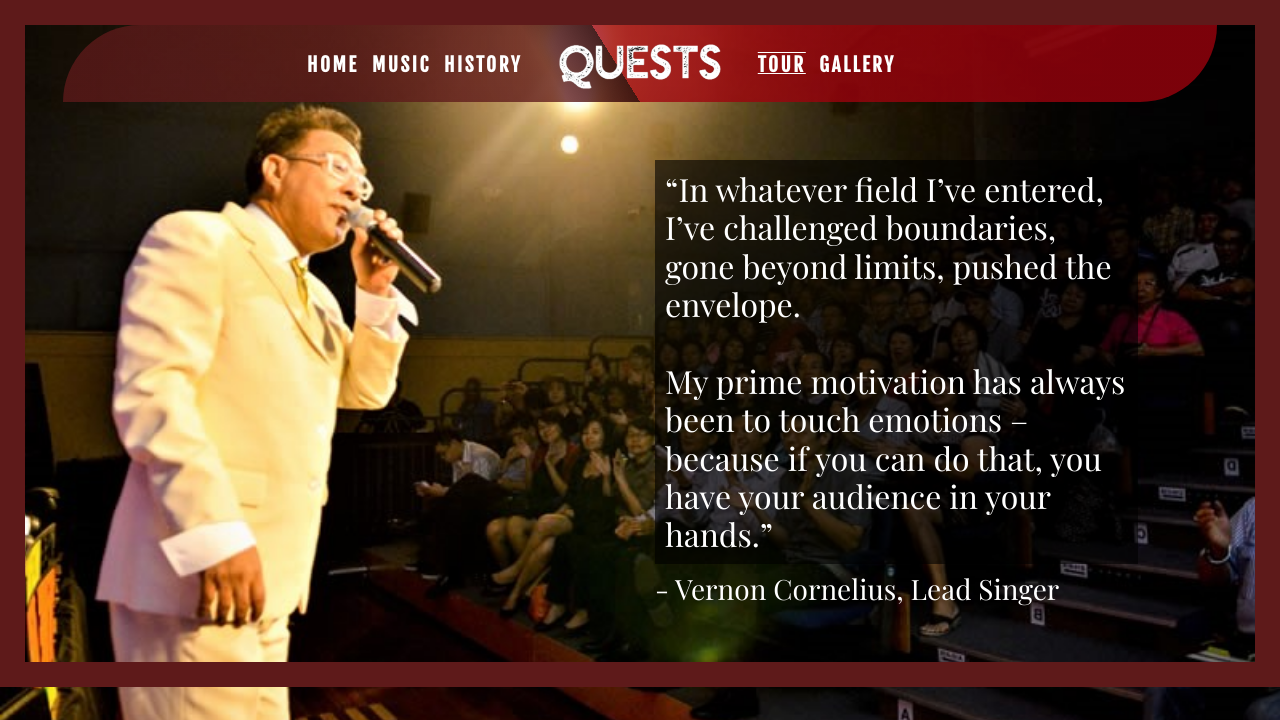
Repository: SamLookingGlass/User-Centric-Frontend-Development-Project
Page: tour.html
The author's editor kept a record of every edit. The page is drawn from the files as they stood at one moment, then again after the next edit.
The browser window is 1280 px wide. The pictures show the whole page.
Some web libraries are served in a nearby version.

Above is the page before.

### tour.html
<!doctype html>
<html lang="en">

<head>
    <!-- Required meta tags -->
    <meta charset="utf-8">
    <meta name="viewport" content="width=device-width, initial-scale=1, shrink-to-fit=no">

    <!-- Bootstrap CSS -->
    <link rel="stylesheet" href="https://maxcdn.bootstrapcdn.com/bootstrap/4.0.0/css/bootstrap.min.css" integrity="sha384-Gn5384xqQ1aoWXA+058RXPxPg6fy4IWvTNh0E263XmFcJlSAwiGgFAW/dAiS6JXm" crossorigin="anonymous">
    <link href="style.css" rel="stylesheet" type="text/css" />
    <link href="https://fonts.googleapis.com/css?family=Fjalla+One&display=swap" rel="stylesheet">
    <link href="https://fonts.googleapis.com/css?family=Amatic+SC&display=swap" rel="stylesheet">
    <link href="https://fonts.googleapis.com/css?family=Playfair+Display&display=swap" rel="stylesheet">
    <link rel="stylesheet" href="https://cdnjs.cloudflare.com/ajax/libs/font-awesome/4.7.0/css/font-awesome.min.css">
    <title>The Quests Official - Tour</title>
</head>

<body id="borderhome" class="tour-background">
    <!--<div class="container-fluid" style="height:2vw"></div>-->
    <nav class="fontnew" id="navbg">
        <div class="container-fluid">
            <div class="row d-lg-flex">
                <div class="col-5 navnew navleft d-flex justify-content-end">
                    <ul class="d-flex">
                        <li><a href="home.html">HOME</a></li>
                        <li><a href="music.html">MUSIC</a></li>
                        <li><a href="history.html">HISTORY</a></li>
                    </ul>
                </div>
                <div class="col-2 d-lg-flex justify-content-center">
                    <a class="" href="home.html">
                     <img id="navlogo" class="img-fluid" src="images/logo.png" alt="logo">
                </a>
                </div>
                <div class="col-5 navnew navright d-lg-flex justify-content-start">
                    <ul class="d-flex">
                        <li id="active"><a href="tour.html">TOUR</a></li>
                        <li><a href="gallery.html">GALLERY</a></li>
                    </ul>
                </div>
            </div>
        </div>
    </nav>
    <main>
        <div id="imagebg">
        </div>
    </main>
    <section>
        <div style="height:420pt" class="container-fluid">
            <div class="row">
                <div class="col-1"></div>
                <div class="col-5"></div>
                <div class="col-5 fonttypo">
                    <div>
                    <h2 class="cardbod cardbod-tour">
                        “In whatever field I’ve entered, I’ve challenged boundaries, gone beyond limits, pushed the envelope.
                        <br>
                        <br> My prime motivation has always been to touch emotions – because if you can do that, you have your audience in your hands.”
                        <br>
                    </h2>
                    <h3>
                         - Vernon Cornelius, Lead Singer
                    </h3>
                </div>
                <div class="col-1"></div>
            </div>
        </div>
    </section>
    <!-- Optional JavaScript -->
    <!-- jQuery first, then Popper.js, then Bootstrap JS -->
    <script src="https://code.jquery.com/jquery-3.2.1.slim.min.js" integrity="sha384-KJ3o2DKtIkvYIK3UENzmM7KCkRr/rE9/Qpg6aAZGJwFDMVNA/GpGFF93hXpG5KkN" crossorigin="anonymous"></script>
    <script src="https://cdnjs.cloudflare.com/ajax/libs/popper.js/1.12.9/umd/popper.min.js" integrity="sha384-ApNbgh9B+Y1QKtv3Rn7W3mgPxhU9K/ScQsAP7hUibX39j7fakFPskvXusvfa0b4Q" crossorigin="anonymous"></script>
    <script src="https://maxcdn.bootstrapcdn.com/bootstrap/4.0.0/js/bootstrap.min.js" integrity="sha384-JZR6Spejh4U02d8jOt6vLEHfe/JQGiRRSQQxSfFWpi1MquVdAyjUar5+76PVCmYl" crossorigin="anonymous"></script>
</body>

</html>

### style.css
/*Sanity Checks*/
.blue {
    background-color:blue;

}
.bod {
    border:solid 1px black;
}

.shadow-black {
    text-shadow: 2px 2px black;
}

.shadow-grey {
    text-shadow: 2px 1px grey;
}

/*Home Styling*/
.cardbod {
    margin-top:4.5vw;
    padding:0.5vw;
    /*align-items: center;*/
    display: flex;
    flex-direction: column;
}

/*Arrow Test https://codepen.io/raf187/pen/BvgGRQ*/
.red {
    margin-top:17vw;
}
body{
  margin-top: 0;
  padding: 0;
}
.arrow{
    position: absolute;
    top: 50%;
    left: 50%;
    transform: translate(-50%,-50%);
}
.arrow span{
    display: block;
    width: 30px;
    height: 30px;
    border-bottom: 5px solid rgb(158,2,13,0.7);
    border-right: 5px solid rgb(158,2,13,0.7);
    transform: rotate(45deg);
    margin: -12px;
    animation: animate 2s infinite;
}
.arrow span:nth-child(2){
    animation-delay: -0.2s;
}
.arrow span:nth-child(3){
    animation-delay: -0.4s;
}

@keyframes animate {
    0%{
        opacity: 0;
        transform: rotate(45deg) translate(-20px,-20px);
    }
    50%{
        opacity: 1;
    }
    100%{
        opacity: 0;
        transform: rotate(45deg) translate(20px,20px);
    }
}

/**/
#borderhome {
    border: solid 2vw rgb(94,26,26);
    /*border: solid 2vw rgb(158,2,13);*/
}

/*Parralax Scrolling */
.parralax {
    background-color:teal;
    height:460pt;
    background-attachment: fixed;
    background-position: center;
    background-repeat: no-repeat;
    background-size: cover;
}

.notparralax {
    background-image:url("images/image11.jpg");
    height:400pt;
    background-attachment: fixed;
    background-position: center;
    background-repeat: no-repeat;
    background-size: cover;
}

.notparralax div {
    padding-top:1vw;
}


/*Optional Color background-color:rgba(207, 0, 15, 0.6)*/
#navbg {
    background:rgb(94,26,26);
    background:linear-gradient(58deg, rgba(94,26,26,0.78) 42%, rgba(52,10,10,0.9) 48%, rgba(158,2,13,0.78) 48%);
    margin: 0 3vw;
    border-radius:15vw 0 15vw 0;
    /*position:absolute; z-index:1;*/
}

#navbg1 {
    background:rgb(94,26,26);
    background:linear-gradient(58deg, rgba(94,26,26,0.78) 42%, rgba(52,10,10,0.9) 48%, rgba(158,2,13,0.78) 48%);
    margin: 0 2vw;
    /*border-radius:15vw 15vw 0 0;*/
}

.navbgz {
        position:absolute;
        z-index:1;
}
#active {
    text-decoration: underline overline;
}

.badgedesign {
    margin:10pt;
    padding:10pt;
    border: solid white 2pt;
    background-color:rgba(0, 0, 0, 0.6);
}

#navlogo {
   filter: invert(1);
   padding-top: 1.5vw;
}
.navnew li a {
    color: white;
}

.navnew li a:hover {
    text-decoration: underline overline;
}

.navnew li {
    text-decoration: none;
    list-style: none;
    padding-top: 1.5vw;
    margin: 5pt;
    font-size: 1.5vw;
    font-weight: bold;
}

.navright ul {
    position: relative;
    padding-left:0;
}

.navleft ul {
    position: relative;
    padding-right:0;
}

.fontnew {
    color:white;
    font-size: 1.3vw;
    font-family: 'Fjalla One', sans-serif;
    letter-spacing:0.2vw;

}

.fonttypo {
    font-family: 'Playfair Display', serif;
    color:white;
    font-size: 1vw;
    font-weight:bolder;
}

.fontfooter {
    color:white;
    font-size: 1vw;
    font-family: 'Fjalla One', sans-serif;
    letter-spacing:0.2vw;
    padding:0.18vw;
}

#sec1 h1, p{
    padding:5pt;
    margin:10pt;
}

#videobg {
    z-index: -1;
    position: fixed;
    right: 0;
    bottom: 0;
    min-width: 100%;
    min-height: 120%;
}

@media (min-aspect-ratio: 16/9) {
    #videobg {
        width: 100%;
        height: auto;
    }
}

@media (min-aspect-ratio: 16/9) {
    #videobg {
        width: auto;
        height: 100%;
    }
}

/*edit size*/
@media (max-width: 200px) {
    #videobg {
        display: none;
    }
    body {
        background: url("");
        background-size: cover;
    }
}

/*Newsletter Form*/
/*To reference DNCE*/
.formbackground {
    margin-top:5vw;
    background-color:rgba(0, 0, 0, 0.8);
    padding:2vw;
}
#formcta {
    text-align: center;
    line-height: 1;
    cursor: pointer;
    vertical-align: middle;
    padding: .85em 1em;
    color: #fefefe;
    font-weight: 700;
    border-radius: 1px;
    margin: 0 10px 0 auto;
    border: none;
    transition: background .2s ease-in-out;
    font-size: 1rem;
    outline: 0;
    letter-spacing: .1em;
    text-transform: uppercase;
}

/*To reference DNCE*/
.blockheader {
    display: inline-block;
    font-family: "Amatic SC",cursive;
    font-size: calc(1.11111vw + 20.44px);
    font-weight: 700;
    border: 3px solid #f00833;
    color: white;
    padding: 0 1.125rem;
    margin: 0;
    border-radius: 1px;
    clear: both;
    letter-spacing: .05em;
    text-align: left;
    width: auto;
    text-transform: uppercase;
    position: relative;
    left: -1%;
    transform: skew(3deg);
}
.blockheader::after {
    content: '';
    width: 0;
    height: 0;
    top: auto;
    border-style: solid;
    border-width: 12px 0 0 8px;
    border-color: #f00833 transparent transparent;
    position: absolute;
    bottom: -13px;
    left: 6%;
    z-index: 0;
    transform: rotate(-7deg);
}

#red-font {
    color: #f00833;
}

/*Gallery Styling*/


.fonttypo-gallery {
    font-family: 'Playfair Display', serif;
    color:rgb(158,2,13);
    font-size: 1vw;
    font-weight:bolder;
}

#imagebg {
    z-index: -1;
    position: fixed;
    right: 0;
    bottom: 0;
    min-width: 100%;
    min-height: 100%;
    background-size: cover;
    /*background-image: url("images/home1.jpg");*/
}

/*Reference for Gallery Images https://codepen.io/ozzy21/pen/JqgrvP*/

#gallerybod {
  margin: 0;
  padding: 0;
}
.container {
  width: 100%;
  display: grid;
  grid-auto-flow: dense;
  grid-template:
    "1fr 1fr 1fr 1fr 1fr" 33.33vh
    "1fr 1fr 1fr 1fr 1fr" 33.33vh
    "1fr 1fr 1fr 1fr 1fr" 33.33vh;
}

.container .box {
  position: relative;
  background: #ccc;
}
.container .box.a {
  grid-row: span 2;
}
.container .box.b,
.container .box.f,
.container .box.h,
.container .box.j {
  grid-column: span 2;
}
.container .box img {
  position: absolute;
  top: 0;
  left: 0;
  width: 100%;
  height: 100%;
  object-fit: cover;
}
@media (max-width: 991px) {
  .container {
    grid-template:
      "1fr 1fr 1fr" 250px
      "1fr 1fr 1fr" 250px
      "1fr 1fr 1fr" 250px
      "1fr 1fr 1fr" 250px
      "1fr 1fr 1fr" 250px;
  }
}
@media (max-width: 768px) {
  .container {
    grid-template:
      "1fr 1fr" 200px
      "1fr 1fr" 200px
      "1fr 1fr" 200px
      "1fr 1fr" 200px
      "1fr 1fr" 200px
      "1fr 1fr" 200px
      "1fr 1fr" 200px;
  }
}
.container .box.h {
  grid-column: span 1;
}

/*Music Styling*/
.cardbod-music {
    padding-top:2vw;
}

.cardbod-music div{
    margin:0.2vw;
}


/*Tour Styling*/
.tour-background {
    background-image: url("images/image12.jpg");
    background-position: center;
    background-repeat: no-repeat;
    background-size: cover;
    z-index:-1;
}

.cardbod-tour {
    background-color: rgba(0,0,0,0.6);
    padding:10px;
}


.blockheader2 {
    display: inline-block;
    font-weight: 700;
    font-family: inherit;
    border: 3px solid #f00833;
    color: white;
    padding: 0 1.125rem;
    margin: 0;
    border-radius: 1px;
    clear: both;
    letter-spacing: .05em;
    text-align: left;
    width: auto;
    position: relative;
    left: -1%;
    transform: skew(3deg);
    background-color:rgba(0,0,0,0.6);
}
.blockheader2::after {
    content: '';
    width: 0;
    height: 0;
    top: auto;
    border-style: solid;
    border-width: 12px 0 0 8px;
    border-color: #f00833 transparent transparent;
    position: absolute;
    bottom: 43px;
    left: -2.1%;
    z-index: 0;
    transform: rotate(97deg);
}

After the next edit:
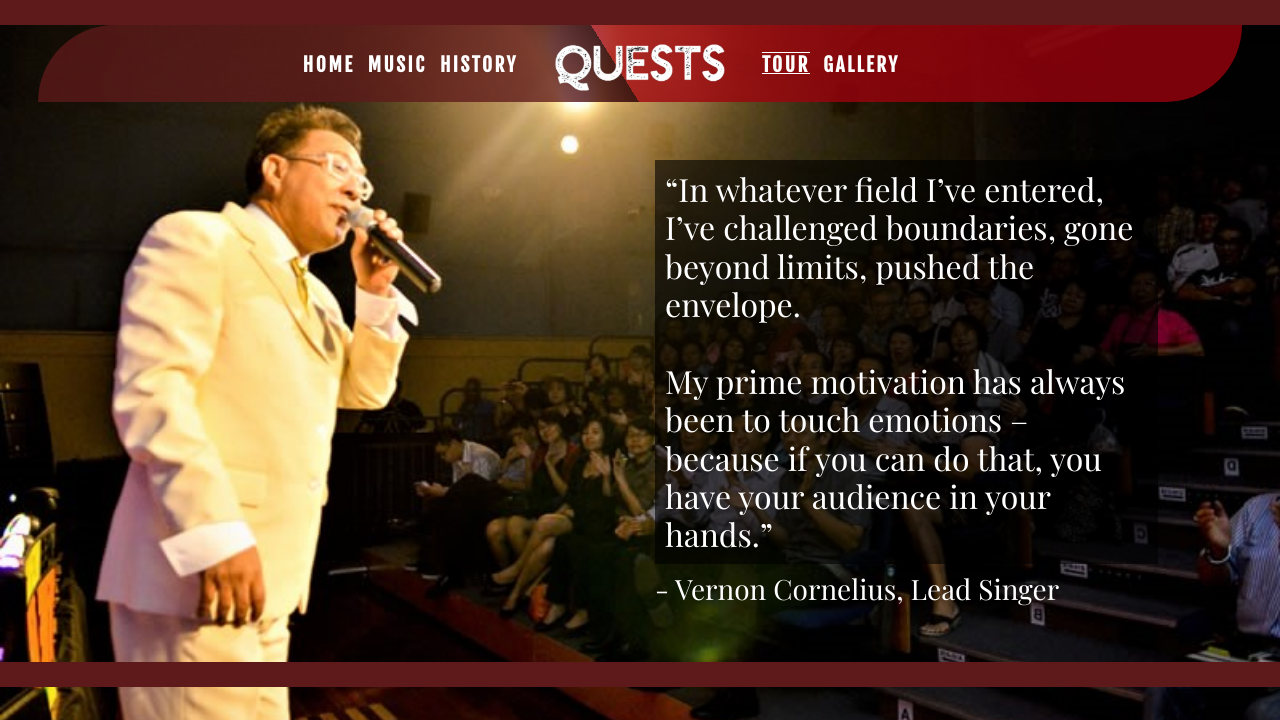
The edit:
--- a/style.css
+++ b/style.css
@@ -71,7 +71,8 @@
 
 /**/
 #borderhome {
-    border: solid 2vw rgb(94,26,26);
+    border-top: solid 2vw rgb(94,26,26);
+    border-bottom: solid 2vw rgb(94,26,26);
     /*border: solid 2vw rgb(158,2,13);*/
 }
 
